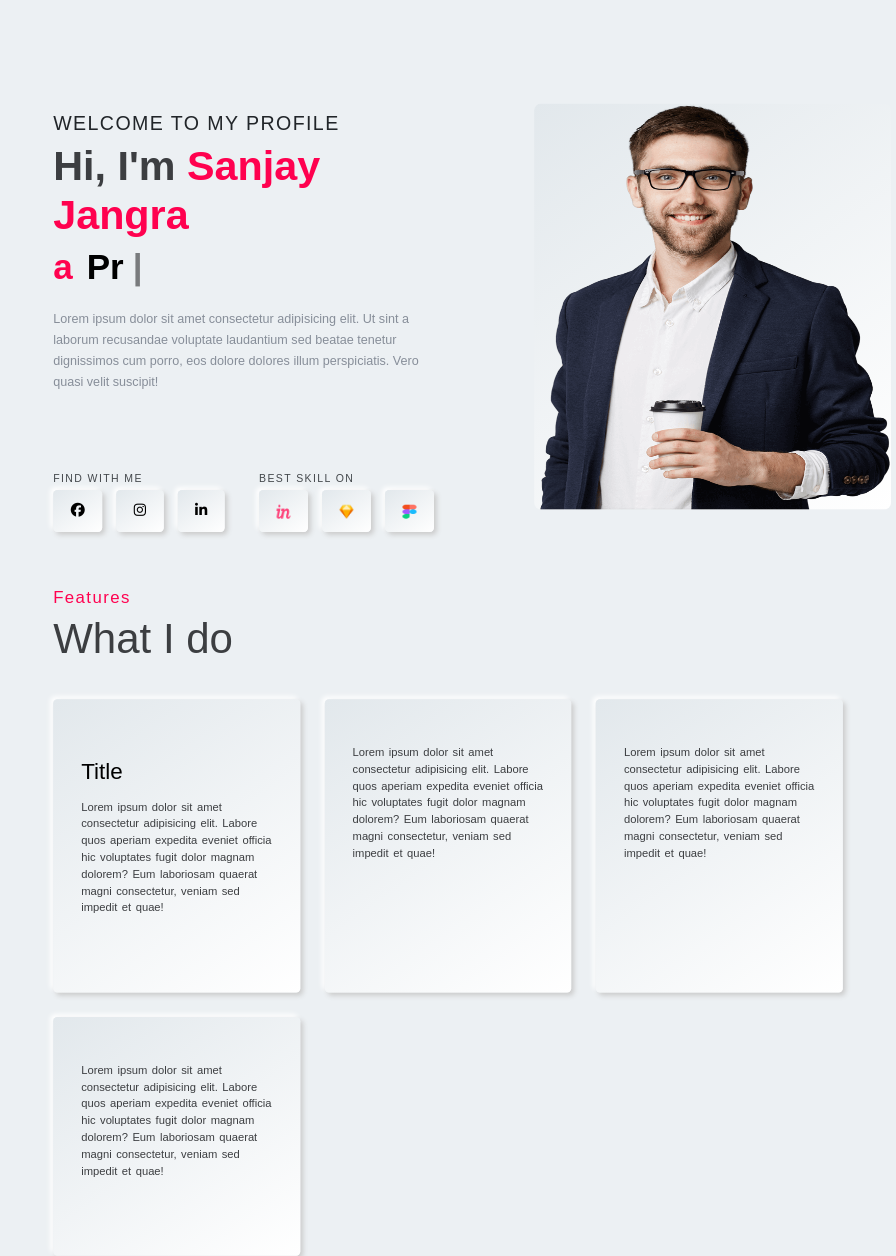
Repository: Sanjayjangra88/PortFolio
Page: /
The author's editor kept a copy of each file at every save. The page is drawn from the files as they stood at one save, then again after the next save.
The browser window is 1280 px wide. The pictures show the whole page, at 70% of full size.
Some web libraries are served in a nearby version. The project was rebuilt for these pictures with package versions that can differ from the ones it lists, and the page was loaded fresh each time. Also part of the build but not shown: src/Components/Header/Header.jsx.

Above is the page before, as saved 2022-09-10 22:19:11.

### public/index.html
<!DOCTYPE html>
<html lang="en">
  <head>
    <meta charset="utf-8" />
    <link rel="icon" href="%PUBLIC_URL%/favicon.ico" />
    <meta name="viewport" content="width=device-width, initial-scale=1" />
    <meta name="theme-color" content="#000000" />
    <meta
      name="description"
      content="Web site created using create-react-app"
    />
    <link rel="apple-touch-icon" href="%PUBLIC_URL%/logo192.png" />
    <!--
      manifest.json provides metadata used when your web app is installed on a
      user's mobile device or desktop. See https://developers.google.com/web/fundamentals/web-app-manifest/
    -->
    <link rel="manifest" href="%PUBLIC_URL%/manifest.json" />
    <link rel="stylesheet" href="https://cdnjs.cloudflare.com/ajax/libs/font-awesome/6.1.1/css/all.min.css" integrity="sha512-KfkfwYDsLkIlwQp6LFnl8zNdLGxu9YAA1QvwINks4PhcElQSvqcyVLLD9aMhXd13uQjoXtEKNosOWaZqXgel0g==" crossorigin="anonymous" referrerpolicy="no-referrer" />

    <!--
      Notice the use of %PUBLIC_URL% in the tags above.
      It will be replaced with the URL of the `public` folder during the build.
      Only files inside the `public` folder can be referenced from the HTML.

      Unlike "/favicon.ico" or "favicon.ico", "%PUBLIC_URL%/favicon.ico" will
      work correctly both with client-side routing and a non-root public URL.
      Learn how to configure a non-root public URL by running `npm run build`.
    -->

    <link rel="manifest" href="%PUBLIC_URL%/manifest.json" />
    <link href="https://cdn.jsdelivr.net/npm/bootstrap@5.0.2/dist/css/bootstrap.min.css" rel="stylesheet" integrity="sha384-EVSTQN3/azprG1Anm3QDgpJLIm9Nao0Yz1ztcQTwFspd3yD65VohhpuuCOmLASjC" crossorigin="anonymous">
    <title>React App</title>
  </head>
  <body>
    <noscript>You need to enable JavaScript to run this app.</noscript>
    <div id="root"></div>
    <script src="https://kit.fontawesome.com/7578c5a215.js" crossorigin="anonymous"></script>
    <!--
      This HTML file is a template.
      If you open it directly in the browser, you will see an empty page.

      You can add webfonts, meta tags, or analytics to this file.
      The build step will place the bundled scripts into the <body> tag.

      To begin the development, run `npm start` or `yarn start`.
      To create a production bundle, use `npm run build` or `yarn build`.
    -->

    <script src="https://cdn.jsdelivr.net/npm/@popperjs/core@2.9.2/dist/umd/popper.min.js" integrity="sha384-IQsoLXl5PILFhosVNubq5LC7Qb9DXgDA9i+tQ8Zj3iwWAwPtgFTxbJ8NT4GN1R8p" crossorigin="anonymous"></script>
<script src="https://cdn.jsdelivr.net/npm/bootstrap@5.0.2/dist/js/bootstrap.min.js" integrity="sha384-cVKIPhGWiC2Al4u+LWgxfKTRIcfu0JTxR+EQDz/bgldoEyl4H0zUF0QKbrJ0EcQF" crossorigin="anonymous"></script>
  </body>
</html>

### src/App.js
import React from 'react'
import Header from './Components/Header/Header';
import "./App.css"
import Home from './Components/Home/Home';
import Features from './Components/Features/Features';
const App = () => {
  return (
    <>
      {/* <Header/> */}
      <Home/>
      <Features/>
    </>
  )
}

export default App

### src/App.css
@import url('https://fonts.googleapis.com/css2?family=Dancing+Script&family=EB+Garamond:ital,wght@1,500&family=Roboto+Slab:wght@300&display=swap');
* {
  padding: 0;
  margin: 0;
  box-sizing: border-box;
}
html {
  scroll-behavior: smooth;
}
body {
  font-family: "Poppins", sans-serif;
  background-color: #ecf0f3;
}
.container {
  max-width: 95%;
  margin: auto;
}
.d_flex {
  display: flex;
  justify-content: space-between;
}
.f_flex {
  display: flex;
}
a {
  text-decoration: none;
  color: black;
}
li {
  list-style: none;
}
.uppercase {
  text-transform: uppercase;
}
.capitalize {
  text-transform: capitalize;
}

button {
  border: none;
  outline: none;
  background-color: none;
}

.btn_shadow {
  padding: 18px 25px;
  border-radius: 6px;
  transition: 0.3s all ease;
  cursor: pointer;
  color: #000;
  transition: 0.5s;
}
.btn_shadow {
  background: linear-gradient(145deg, #e2e8ec, #ffffff);
  box-shadow: 4px 4px 8px #cbcbcb, -4px -4px 8px #ffffff;
}
.btn_shadow:hover {
  background: #ff014f;
  color: white;
  transform: translateY(-10px);
}
.box_shodow {
  background: linear-gradient(145deg, #e2e8ec, #ffffff);
  box-shadow: 4px 4px 8px #cbcbcb, -4px -4px 8px #ffffff;
  border-radius: 10px;
}
.row,
.left,
.right {
  width: 50%;
}
.top {
  margin-top: 80px;
}
.mtop {
  margin-top: 40px;
}
.heading {
  margin: 50px 0 50px 0;
}
.heading h4 {
  color: #ff014f;
  letter-spacing: 2px;
  font-weight: 400;
}
.heading h1 {
  font-size: 60px;
  color: #3c3e41;
}
h1 {
  color: #3c3e41;
}
.grid {
  display: grid;
  grid-template-columns: repeat(3, 1fr);
  grid-gap: 35px;
}
p {
  color: #3c3e41;
}
.text-center {
  text-align: center;
}
.primary_color {
  color: #ff014f;
}
textarea,
input {
  width: 100%;
  padding: 20px;
  border-radius: 5px;
  outline: none;
  border: 3px solid #e2e8ec;
  margin-bottom: 20px;
}
/*----------Footer---------*/
footer {
  margin: 20% 0 10% 0;
}
footer p {
  margin-top: 30px;
}
/*----------Footer---------*/
@media (max-width: 768px) {
  .grid {
    grid-template-columns: repeat(2, 1fr);
  }
  .left,
  .right {
    width: 100%;
  }
  }

### src/Components/Home/Home.jsx
import React from 'react'
import './home.css'
import hero from '../Pic/hero.png'
import skill1 from '../Pic/skill1.png'
import skill2 from '../Pic/skill2.png'
import skill3 from '../Pic/skill3.png'

import { Typewriter} from 'react-simple-typewriter'

const Home = () => {
  return (
    <>
      <section className='hero'id='home'>
        <div className="container f_flex top">
            <div className="left top">
                <h3>WELCOME TO MY PROFILE</h3>
                <h1>
                    Hi, I'm <span>Sanjay Jangra</span>
                    </h1>
                <h2>
                    a
                    <span>
                    <Typewriter
            words={['Web Developer', 'Professional Coder.']}
            loop
            cursor
            cursorStyle='|'
            typeSpeed={70}
            deleteSpeed={50}
            delaySpeed={1000}

            />
                        </span></h2>
                        <p>
Lorem ipsum dolor sit amet consectetur adipisicing elit. Ut sint a laborum recusandae voluptate laudantium sed beatae tenetur dignissimos cum porro, eos dolore dolores illum perspiciatis. Vero quasi velit suscipit!
                        </p>
                        <div className='hero_btn d_flex'>
                            <div className="col_1">
                                <h4>FIND WITH ME</h4>
                                <div className="button">
                                    <button className='btn_shadow'>
                                        <i className='fab fa-facebook'></i>
                                    </button>
                                    <button className='btn_shadow'>
                                        <i className='fab fa-instagram'></i>
                                    </button>
                                    <button className='btn_shadow'>
                                        <i className='fab fa-linkedin-in'></i>
                                    </button>
                                </div>
                            </div>
                            <div className="col_1">
                                <h4>BEST SKILL ON</h4>
                                <button className='btn_shadow'>
                                        <img src={skill1}alt=''/>
                                    </button>
                                <button className='btn_shadow'>
                                        <img src={skill2}alt=''/>
                                    </button>
                                <button className='btn_shadow'>
                                        <img src={skill3}alt=''/>
                                    </button>
                            </div>
                        </div>
            </div>
            <div className="right">
                <div className="right_img">
                    <img src={hero}alt=''/>
                </div>
            </div>
        </div>
      </section>
    </>
  )
}

export default Home

### src/Components/Features/Features.jsx
import React from 'react'
import './features.css'

const Features = () => {
  return (
    <>
    <section className='features top'id='features'>
        <div className="container">
            <div className="heading">
                <h4>Features</h4>
                <h1>What  I do</h1>
            </div>
            <div className="content grid">
                <div className="box btn_shadow">
                    <img src=''alt=''/>
                    <h2> Title</h2>
                    <p>Lorem ipsum dolor sit amet consectetur adipisicing elit. Labore quos aperiam expedita eveniet officia hic voluptates fugit dolor magnam dolorem? Eum laboriosam quaerat magni consectetur, veniam sed impedit et quae!</p>
                     <a href=''><i className='fas fa-arrow-right'></i></a>
                </div>
                <div className="box btn_shadow">
                    <img src=''alt=''/>
                    <p>Lorem ipsum dolor sit amet consectetur adipisicing elit. Labore quos aperiam expedita eveniet officia hic voluptates fugit dolor magnam dolorem? Eum laboriosam quaerat magni consectetur, veniam sed impedit et quae!</p>
                     <a href=''><i className='fas fa-arrow-right'></i></a>
                </div>
                <div className="box btn_shadow">
                    <img src=''alt=''/>
                    <p>Lorem ipsum dolor sit amet consectetur adipisicing elit. Labore quos aperiam expedita eveniet officia hic voluptates fugit dolor magnam dolorem? Eum laboriosam quaerat magni consectetur, veniam sed impedit et quae!</p>
                     <a href=''><i className='fas fa-arrow-right'></i></a>
                </div>
                <div className="box btn_shadow">
                    <img src=''alt=''/>
                    <p>Lorem ipsum dolor sit amet consectetur adipisicing elit. Labore quos aperiam expedita eveniet officia hic voluptates fugit dolor magnam dolorem? Eum laboriosam quaerat magni consectetur, veniam sed impedit et quae!</p>
                     <a href=''><i className='fas fa-arrow-right'></i></a>
                </div>
            </div>
        </div>
    </section>
    </>
  )
}

export default Features

### src/Components/Header/header.css

*,
*::after,
*::before{
    box-sizing: border-box;
    padding: 0;
    margin: 0;
}

.html{
    font-size: 62.5%;
}

.navbar input[type="checkbox"],
.navbar .hamburger-lines{
    display: none;
}

.container{
    max-width: 1200px;
    width: 90%;
    margin: auto;
}

.navbar{
    box-shadow: 0px 5px 10px 0px #aaa;
    position: fixed;
    width: 100%;
    background: #FAA7B8;
    color: #000;
    opacity: 0.85;
    z-index: 100;
}

.navbar-container{
    display: flex;
    justify-content: space-between;
    height: 64px;
    align-items: center;
}

.menu-items{
    margin-top: 15px;
    order: 2;
    display: flex;
}
.logo{
    order: 1;
    font-size: 2.3rem;
    margin-bottom: 5px;
}

.menu-items li{
    list-style: none;
    margin-left: 1.5rem;
    font-size: 1.3rem;
}

.navbar a{
    color: #444;
    text-decoration: none;
    font-weight: 500;
    transition: color 0.3s ease-in-out;
}

.navbar a:hover{
    color: #117964;
}
.home-btn:hover {
  background: #ff014f;
  color: white;
}


.home-btn {
  padding: 18px 25px;
  height: 1vh;
  line-height: 1vh;
  font-size: 13px;
  border-radius: 6px;
  transition: 0.3s all ease;
  cursor: pointer;
  height: fit-content;
  color: #ff014f;

}
.home-btn {
  background: linear-gradient(145deg, #e2e8ec, #ffffff);
  box-shadow: 4px 4px 8px #cbcbcb, -4px -4px 8px #ffffff;
}
navbar {
  transition: 0.5s;
  font-size: 13px;
  font-weight: 500;
  letter-spacing: 2px;
}





@media (max-width: 900px){
    .navbar{
        opacity: 0.95;
    }

    .navbar-container input[type="checkbox"],
    .navbar-container .hamburger-lines{
        display: block;
    }

    .navbar-container{
        display: block;
        position: relative;
        height: 64px;
    }

    .navbar-container input[type="checkbox"]{
        position: absolute;
        display: block;
        height: 32px;
        width: 30px;
        top: 20px;
        left: 20px;
        z-index: 5;
        opacity: 0;
        cursor: pointer;
    }

    .navbar-container .hamburger-lines{
        display: block;
        height: 28px;
        width: 35px;
        position: absolute;
        top: 20px;
        left: 20px;
        z-index: 2;
        display: flex;
        flex-direction: column;
        justify-content: space-between;
    }

    .navbar-container .hamburger-lines .line{
        display: block;
        height: 4px;
        width: 100%;
        border-radius: 10px;
        background: #333;
    }

    .navbar-container .hamburger-lines .line1{
        transform-origin: 0% 0%;
        transition: transform 0.3s ease-in-out;
    }

    .navbar-container .hamburger-lines .line2{
        transition: transform 0.2s ease-in-out;
    }

    .navbar-container .hamburger-lines .line3{
        transform-origin: 0% 100%;
        transition: transform 0.3s ease-in-out;
    }

    .navbar .menu-items{
        padding-top: 100px;
        background: #fff;
        height: 100vh;
        max-width: 300px;
        transform: translate(-150%);
        display: flex;
        flex-direction: column;
        margin-left: -40px;
        padding-left: 40px;
        transition: transform 0.5s ease-in-out;
        box-shadow:  5px 0px 10px 0px #aaa;
        overflow: scroll;
    }

    .navbar .menu-items li{
        margin-bottom: 1.8rem;
        font-size: 1.1rem;
        font-weight: 500;
    }

    .logo{
        position: absolute;
        top: 10px;
        right: 15px;
        font-size: 2.5rem;

    }

    .navbar-container input[type="checkbox"]:checked ~ .menu-items{
        transform: translateX(0);
    }

    .navbar-container input[type="checkbox"]:checked ~ .hamburger-lines .line1{
        transform: rotate(45deg);
    }

    .navbar-container input[type="checkbox"]:checked ~ .hamburger-lines .line2{
        transform: scaleY(0);
    }

    .navbar-container input[type="checkbox"]:checked ~ .hamburger-lines .line3{
        transform: rotate(-45deg);
    }
    .home-btn:hover {
      background: #ff014f;
      color: white;

    }


    .home-btn {
      padding: 18px 25px;
      height: 1vh;
      line-height: 1vh;
      font-size: 13px;
      border-radius: 6px;
      transition: 0.3s all ease;
      cursor: pointer;
      height: fit-content;
      color: #ff014f;
      margin-right: 25px;

    }
    .home-btn {
      background: linear-gradient(145deg, #e2e8ec, #ffffff);
      box-shadow: 4px 4px 8px #cbcbcb, -4px -4px 8px #ffffff;
    }

}

@media (max-width: 500px){
    .navbar-container input[type="checkbox"]:checked ~ .logo{
        display: none;
    }
}
.demo{
  height: 300vh;
}

### src/Components/Home/home.css
.hero{
    position: relative;

}
.hero h3{
    font-weight: 100;
    letter-spacing: 2px;
}
.hero h1{
    font-size: 59px;
    font-weight: bold;
}
.hero h1 span{
    color: #ff014f;
}
.hero h2{
    font-size: 50px;
    font-weight: bold;
    color: #ff014f;
}
.hero h2 span{
    color: black;
    margin-left: 10px;
}
.hero p{
    color:#878e99;
    font-size: 18px;
    line-height: 30px;
    margin-top: 30px;
}
.hero_btn{
    margin-top: 20%;
}
/* .hero_btn{
    <element class="hero_btn">
    Selector Specificity:(0,1,0)
} */

.hero_btn h4{
    font-weight: 500;
    letter-spacing: 2px;
    color: #43474b;
    font-size: 15px;
    margin: 30pz 0 30px 0;

}
.hero_btn button{
    margin-right: 20px;
}
.hero_btn i{
    font-size: 20px;
}
.hero_btn button img{
    width: 20px;
    height: 20px;
   }
   .hero .left{
    margin-right: 10px;
   }
.hero .right{
    width: 40%;
    position: relative;
    }
.hero .right img{
    background: linear-gradient(145deg ,#e2e8ec , #ffffff);
    box-shadow: 4px 4px 8px #cbcbcb .4ox -4px 8px #ffffff;
    border-radius: 10px;
    height: 580px;
    width: 510px;
    margin-top: 15%;
    margin-left: 25%;

}
.hero .right_img img{
    position: absolute;
    top: 0;
    width: 510px;

}

### src/Components/Features/features.css
.features .box{
    padding: 40px;
    }
    .features .box h2{
        margin: 20px 0 20px 0;
    }
    .features .box p{
        word-spacing: 2px;
        transition: 0.5s;
    }
    .features .box i{
        font-size: 30px;
        margin-top: 20px;
        transition: 0.5s;
        opacity: 0;
    }
    .features .box:hover{
        color: white;
            }
    .features .box:hover i{
        opacity: 1;

    }

Loaded but not shown: src/index.js (common file); src/index.css (common file); src/reportWebVitals.js (common file)

After the next save:
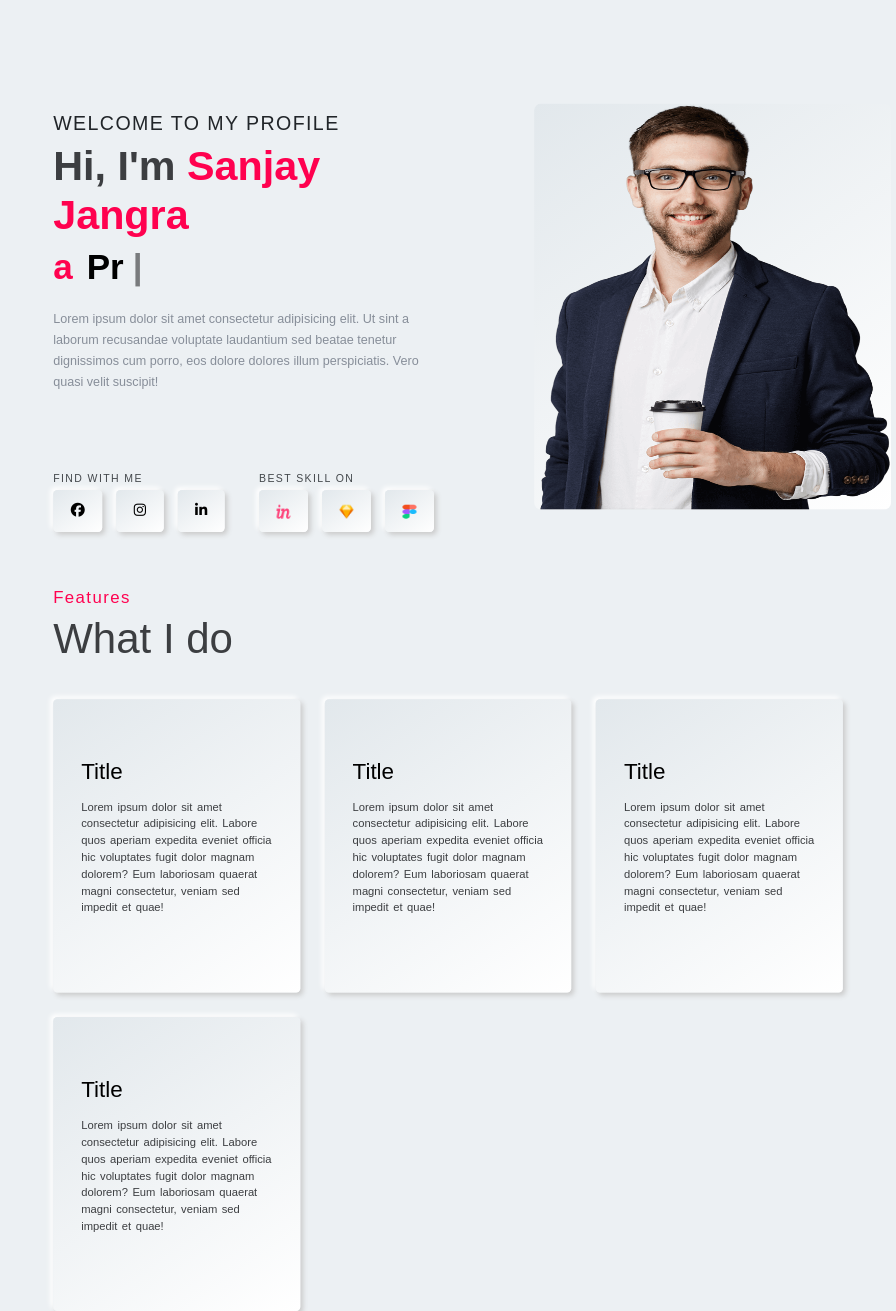
Saved 52 s later.
--- a/src/Components/Features/Features.jsx
+++ b/src/Components/Features/Features.jsx
@@ -13,22 +13,25 @@ const Features = () => {
             <div className="content grid">
                 <div className="box btn_shadow">
                     <img src=''alt=''/>
-                    <h2> Title</h2>
+                    <h2>Title</h2>
                     <p>Lorem ipsum dolor sit amet consectetur adipisicing elit. Labore quos aperiam expedita eveniet officia hic voluptates fugit dolor magnam dolorem? Eum laboriosam quaerat magni consectetur, veniam sed impedit et quae!</p>
                      <a href=''><i className='fas fa-arrow-right'></i></a>
                 </div>
                 <div className="box btn_shadow">
                     <img src=''alt=''/>
+                    <h2>Title</h2>
                     <p>Lorem ipsum dolor sit amet consectetur adipisicing elit. Labore quos aperiam expedita eveniet officia hic voluptates fugit dolor magnam dolorem? Eum laboriosam quaerat magni consectetur, veniam sed impedit et quae!</p>
                      <a href=''><i className='fas fa-arrow-right'></i></a>
                 </div>
                 <div className="box btn_shadow">
                     <img src=''alt=''/>
+                    <h2>Title</h2>
                     <p>Lorem ipsum dolor sit amet consectetur adipisicing elit. Labore quos aperiam expedita eveniet officia hic voluptates fugit dolor magnam dolorem? Eum laboriosam quaerat magni consectetur, veniam sed impedit et quae!</p>
                      <a href=''><i className='fas fa-arrow-right'></i></a>
                 </div>
                 <div className="box btn_shadow">
                     <img src=''alt=''/>
+                    <h2>Title</h2>
                     <p>Lorem ipsum dolor sit amet consectetur adipisicing elit. Labore quos aperiam expedita eveniet officia hic voluptates fugit dolor magnam dolorem? Eum laboriosam quaerat magni consectetur, veniam sed impedit et quae!</p>
                      <a href=''><i className='fas fa-arrow-right'></i></a>
                 </div>
